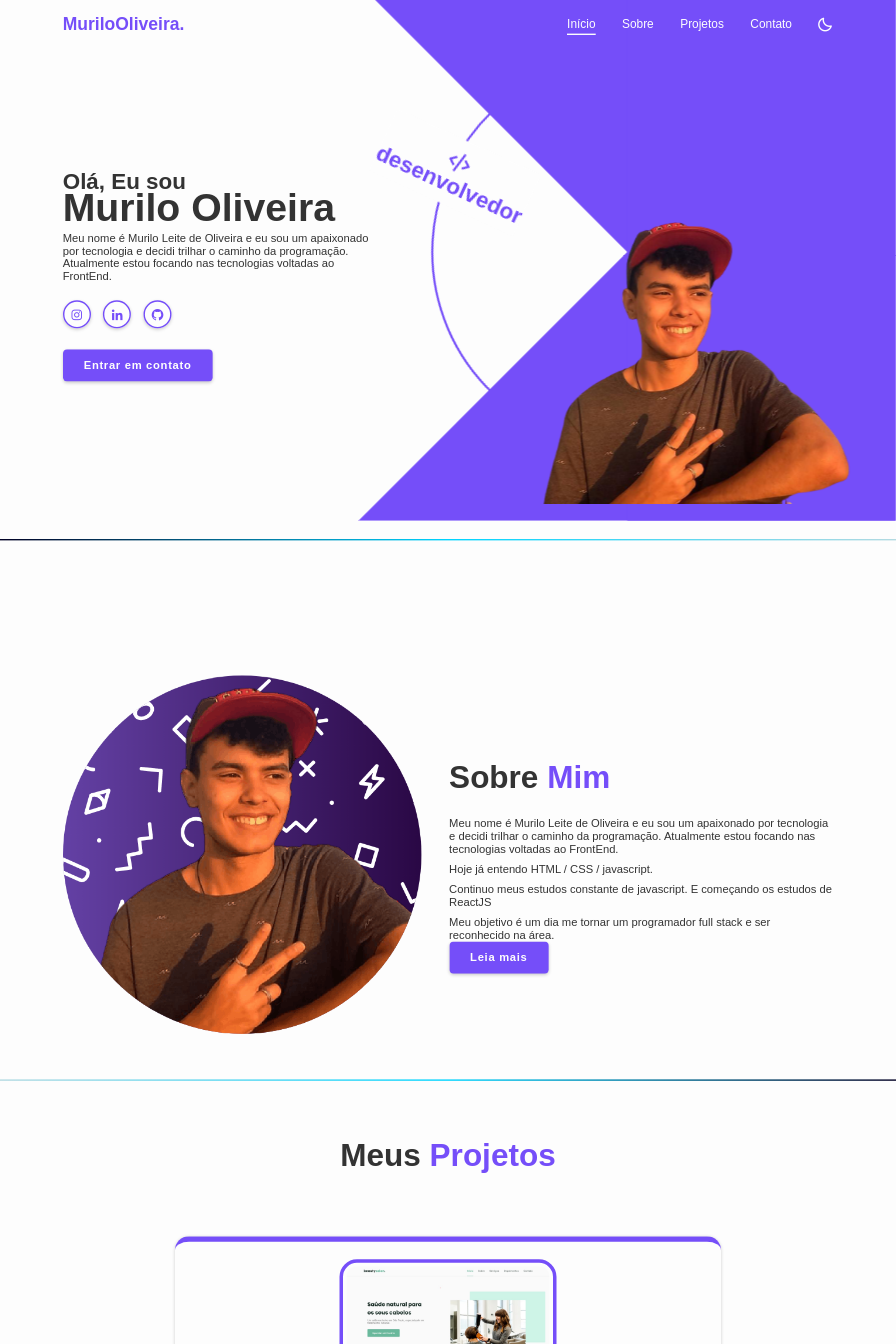
Repository: devMuriloOliveira/Portfolio-
Page: index.html
The author's editor kept a copy of each file at every save. The page is drawn from the files as they stood at one save, then again after the next save.
The browser window is 1280 px wide. The pictures show the part of the page from y = 0 to 1920 px (the page is 3045 px tall), at 70% of full size.

Above is the page before, as saved 2023-03-15 17:40:13.

### index.html
<!DOCTYPE html>
<html lang="en">
  <head>
    <meta charset="UTF-8" />
    <meta http-equiv="X-UA-Compatible" content="IE=edge" />
    <meta name="viewport" content="width=device-width, initial-scale=1.0" />
    <title>Murilo Oliveira</title>

    <!--swiper css-->
    <link
      rel="stylesheet"
      href="https://cdn.jsdelivr.net/npm/swiper@9/swiper-bundle.min.css"
    />

    <!--box icons-->
    <link
      href="https://unpkg.com/boxicons@2.1.4/css/boxicons.min.css"
      rel="stylesheet"
    />

    <!--font-->
    <link
      rel="stylesheet"
      href="https://fonts.googleapis.com/css2?family=Material+Symbols+Outlined:opsz,wght,FILL,GRAD@20..48,100..700,0..1,-50..200"
    />

    <!--css-->
    <link rel="stylesheet" href="style.css" />
  </head>
  <body>
    <header class="header">
      <a class="logo" href="#">Murilo<span>Oliveira</span>.</a>

      <nav class="navbar">
        <a href="#inicio" class="active">Início</a>
        <a href="#sobre">Sobre</a>
        <a href="#projetos">Projetos</a>
        <a href="#contato">Contato</a>
      </nav>

      <div class="bx bx bx-moon" id="darkMode-icon"></div>

      <div class="bx bx-menu" id="menu-icon"></div>

    </header>

    <!------------inicio------------>

    <section class="inicio" id="inicio">
      <div class="inicio-content">
        <h3>Olá, Eu sou</h3>
        <h1>Murilo Oliveira</h1>
        <p>
          Meu nome é Murilo Leite de Oliveira e eu sou um apaixonado por
          tecnologia e decidi trilhar o caminho da programação. Atualmente estou
          focando nas tecnologias voltadas ao FrontEnd.
        </p>

        <div class="social-media">
          <a href="#"><i class="bx bxl-instagram"></i></a>
          <a href="#"><i class="bx bxl-linkedin"></i></a>
          <a href="#"><i class="bx bxl-github"></i></a>
        </div>

        <a href="#" class="btn">Entrar em contato</a>
      </div>

      <div class="profession-container">
        <div class="profession-box">
          <div class="profession" style="--i: 0">
            <i class="bx bx-code-alt"></i>
            <h3>desenvolvedor</h3>
          </div>
          <div class="profession" style="--i: 1">
            <i class="bx bx-code-alt"></i>
            <h3>---Front-end---</h3>
          </div>
          <div class="profession" style="--i: 2">
            <i class="bx bx-code-alt"></i>
            <h3>desenvolvedor</h3>
          </div>
          <div class="profession" style="--i: 3">
            <i class="bx bx-code-alt"></i>
            <h3>---Front-end---</h3>
          </div>
          <div class="circle"></div>
        </div>

        <div class="overlay"></div>
      </div>

      <div class="inicio-img">
        <img src="assets/homem_sorrindo-removebg-preview.png" alt="" />
      </div>
    </section>

    <!------------sobre------------>
    <div class="divider-1"></div>

    <section class="sobre" id="sobre">
      <div class="sobre-img">
        <img src="/assets/profile-pic (4).png" alt="" />
      </div>

      <div class="sobre-content">
        <h2 class="heading">Sobre <span>Mim</span></h2>

        <p>
          Meu nome é Murilo Leite de Oliveira e eu sou um apaixonado por
          tecnologia e decidi trilhar o caminho da programação. Atualmente estou
          focando nas tecnologias voltadas ao FrontEnd.
        </p>
        <br />
        <p>Hoje já entendo HTML / CSS / javascript.</p>
        <br />
        <p>
          Continuo meus estudos constante de javascript. E começando os estudos
          de ReactJS
        </p>
        <br />
        <p>
          Meu objetivo é um dia me tornar um programador full stack e ser
          reconhecido na área.
        </p>

        <a href="#" class="btn">Leia mais</a>
      </div>
    </section>

    <!------------projetos------------>
    <div class="divider-2"></div>


    <section class="projetos" id="projetos">
      <h2 class="heading">Meus <span>Projetos</span></h2>

      <div class="projetos-wrapper">
        <div class="projetos-box mySwiper">
          <div class="projetos-content swiper-wrapper">
            <div class="projetos-slide swiper-slide">
              <img src="/assets/fotos-projetos/salon.jpg" alt="" />
              <h3>BeautySalon</h3>
              <p>
                Focado no front end, beautysalon é um site modelo flexível para
                ser usado para qualquer tipo de negócio, vai da necessidade do
                que você precisa vender.
              </p>
              <a
                class="btn"
                target="_blank"
                href="https://devmurilooliveira.github.io/beautysalon/"
                >Visualizar</a
              >
            </div>

            <div class="projetos-slide swiper-slide">
              <img src="/assets/fotos-projetos/doctor-care.jpg" alt="" />
              <h3>DoctorCare</h3>
              <p>
                Focado no front end, DoctorCare é um site modelo flexível para
                ser usado para qualquer tipo de negócio, vai da necessidade do
                que você precisa vender.
              </p>
              <a
                class="btn"
                target="_blank"
                href="https://devmurilooliveira.github.io/doctor-car/"
                >Visualizar</a
              >
            </div>

            <div class="projetos-slide swiper-slide">
              <img src="/assets/fotos-projetos/alura-plus.jpg" alt="" />
              <h3>Alura Plus</h3>
              <p>
                Focado nas práticas do HTML e CSS a Alura Plus é uma tela
                inicial de um serviço de cursos, pode ser usado como para
                qualquer tipo de site que seguem esse estilo.
              </p>
              <a
                class="btn"
                target="_blank"
                href="https://devmurilooliveira.github.io/Alura-Plus/"
                >Visualizar</a
              >
            </div>

            <div class="projetos-slide swiper-slide">
              <img src="/assets/fotos-projetos/alura-books.jpg" alt="" />
              <h3>Alura Books</h3>
              <p>
                Focado nas práticas do HTML e CSS a Alura Books é um site modelo
                que pode ser usado para vendas de livros, totalmente responsivos
                para qualquer tipo de tela.
              </p>
              <a
                class="btn"
                target="_blank"
                href="https://devmurilooliveira.github.io/Alura-Books/"
                >Visualizar</a
              >
            </div>

            <div class="projetos-slide swiper-slide">
              <img src="/assets/fotos-projetos/hzc.jpg" alt="" />
              <h3>HZC</h3>
              <p>
                Focado nas práticas do HTML e CSS o HZC é uma tela inicial de um
                site de skatistas que pode ser usado como base para qualquer
                tipo de site, responsivo para mobile e desktop.
              </p>
              <a
                class="btn"
                target="_blank"
                href="https://devmurilooliveira.github.io/HZC/"
                >Visualizar</a
              >
            </div>

            <div class="projetos-slide swiper-slide">
              <img src="/assets/fotos-projetos/alura-mid.jpg" alt="" />
              <h3>Alura Mid</h3>
              <p>
                Focado nas práticas do javascript O Alura Midi é um instrumento
                musical de interface digital, onde a cada botão vamos reproduzir
                o som de um instrumento.
              </p>
              <a
                class="btn"
                target="_blank"
                href="https://alura-mid-eta.vercel.app/"
                >Visualizar</a
              >
            </div>

            <div class="projetos-slide swiper-slide">
              <img src="/assets/fotos-projetos/mochila-de-viagem.jpg" alt="" />
              <h3>Mochila de Viagem</h3>
              <p>
                Focado nas práticas do javascript o Mochila de Viagem é uma
                lista de itens, onde eu vou registrando tudo que eu não posso
                esquecer e na hora de montar a minha mochila estar tudo ali
                salvo.
              </p>
              <a
                class="btn"
                target="_blank"
                href="https://devmurilooliveira.github.io/Mochila-de-viagem/"
                >Visualizar</a
              >
            </div>

            <div class="projetos-slide swiper-slide">
              <img src="/assets/fotos-projetos/numero-secreto.jpg" alt="" />
              <h3>Numero Secreto</h3>
              <p>
                Focado nas práticas do javascript o Numero Secreto é um jogo
                onde você tem que adivinhar um numero aleatório entre 0 e 1000.
              </p>
              <a
                class="btn"
                target="_blank"
                href="https://jogo-numero-secreto-beige-rho.vercel.app/"
                >Visualizar</a
              >
            </div>
          </div>

          <div class="swiper-button-next"></div>
          <div class="swiper-button-prev"></div>
          <div class="swiper-pagination"></div>
        </div>
      </div>
    </section>

    <!---------------------------contato---------------------------------->
    <div class="divider-1"></div>


    <section class="contato" id="contato">
      <h2 class="heading">Entre em  <span>contato</span></h2>
      <div class="contato-container">
        <div class="text">
          <p>PRECISA DE UM SITE?</p>
          <h2 class="title">Vamos trabalhar juntos</h2>
          <a
            href="https://api.whatsapp.com/send?phone=+5519971549006&text=Oi"
            class="btn"
            target="_blank"
            ><i class='bx bxl-whatsapp' ></i></i> Entrar em contato</a
          >
        </div>

        <div class="links">
          <ul class="grid">
            <li><i class='bx bx-phone'></i></i> (19) 97154-9006</li>
            <li><i class='bx bx-envelope' ></i></i> muriloleiteoliveira1@gmail.com</li>
          </ul>
        </div>

      </div>
    </section>

    <!--------------------------------footer----------------------------------->

    <footer class="footer">
      <div class="footer-text">
        <p>Copyright &copy; 2023 Murilo Oliveira. | Todos os direitos reservados.</p>
      </div>

      <div class="footer-iconTop">
        <a href="#"><i class='bx bx-up-arrow-alt'></i></a>
      </div>
    </footer>

    <!--scroll reveal-->
    <script src="https://unpkg.com/scrollreveal"></script>

    <!--swiper js-->
    <script src="https://cdn.jsdelivr.net/npm/swiper@9/swiper-bundle.min.js"></script>

    <!--main js-->
    <script src="/main.js"></script>
  </body>
</html>

Loaded but not shown: main.js (87 lines, source omitted); style.css (795 lines, source omitted)

After the next save:
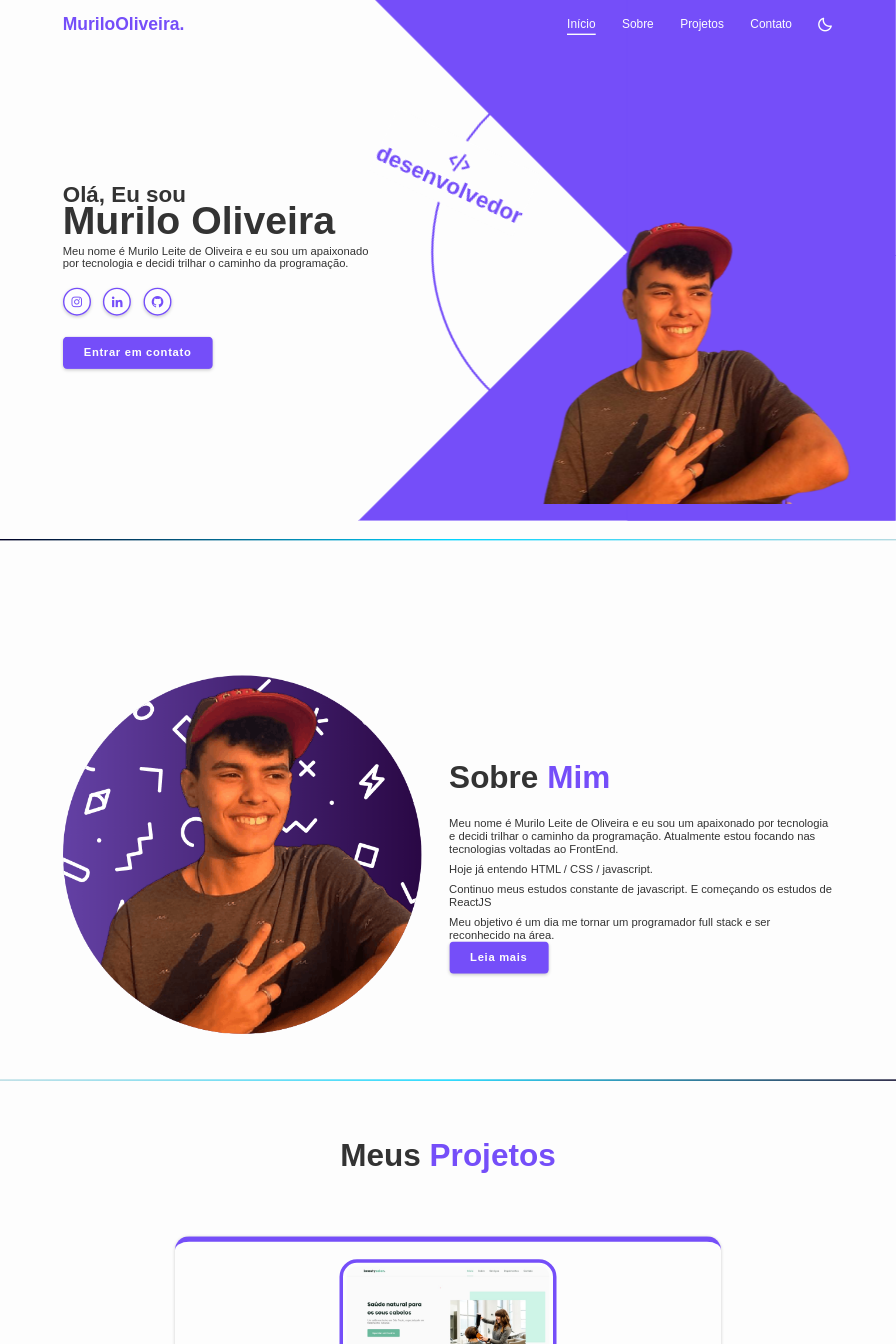
Saved 17 s later.
--- a/index.html
+++ b/index.html
@@ -52,8 +52,7 @@
         <h1>Murilo Oliveira</h1>
         <p>
           Meu nome é Murilo Leite de Oliveira e eu sou um apaixonado por
-          tecnologia e decidi trilhar o caminho da programação. Atualmente estou
-          focando nas tecnologias voltadas ao FrontEnd.
+          tecnologia e decidi trilhar o caminho da programação.
         </p>
 
         <div class="social-media">
